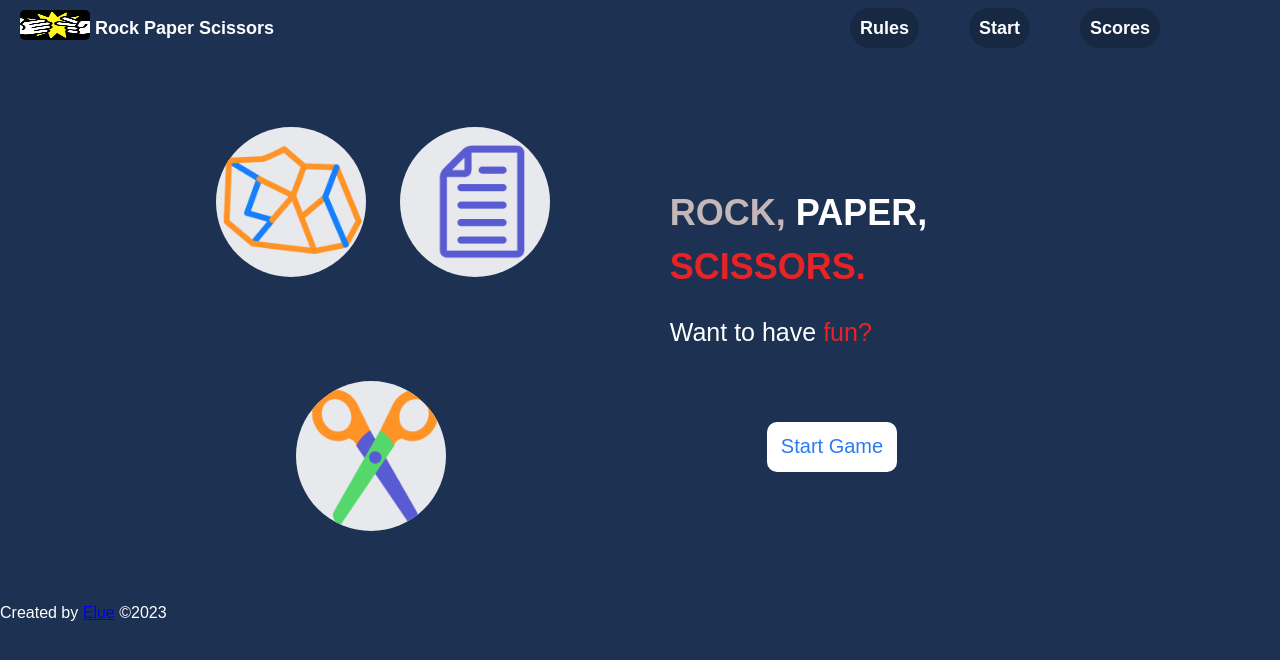
Repository: MikkyPrestige/rock-paper-scissors
Page: index.html
An editor plug-in stored every save of this project. The page is shown before and after the next save, followed by the edit.
The browser window is 1280 px wide. The pictures show the whole page.
The pointer rests on the first visible `.btn`.

Above is the page before, as saved 2023-05-08 05:17:39.

### index.html
<!DOCTYPE html>
<html lang="en">

<head>
  <meta charset="UTF-8">
  <meta http-equiv="X-UA-Compatible" content="IE=edge">
  <meta name="viewport" content="width=device-width, initial-scale=1.0">
  <title>Rock, Paper or Scissors Game</title>
  <link rel="stylesheet" href="./index.css">
  <!-- <script src="./index.js" defer></script> -->
</head>

<body>
  <main>
    <header>
      <figure>
        <a href="/">
          <img src="./img/logo.png" alt="Logo" class="logo">
        </a>
        <figcaption>Rock Paper Scissors</figcaption>
      </figure>
      <nav>
        <ul>
          <li><a href="#">Rules</a></li>
          <li><a href="#">Start</a></li>
          <li><a href="#">Scores</a></li>
        </ul>
      </nav>
    </header>
    <section class="home">
      <div class="images">
        <img src="./img/Rock.gif" alt="Rock image" class="img rock">
        <img src="./img/Paper.gif" alt="Paper image" class="img paper">
        <img src="./img/Scissors.gif" alt="Scissors image" class="img scissors">
      </div>
      <div class="content">
        <h1 class="content--title"><span class="content-rock">Rock,</span> Paper, <span class="content-scissors">Scissors.</span></h1>
        <p class="content--text">Want to have <span class="fun">fun?</span></p>
        <button type="submit" class="btn">Start Game</button>
      </div>
    </section>

    <footer>
      <p>Created by <a href="#" target="_blank">Elue</a> &copy;2023</p>
    </footer>
  </main>
</body>

</html>

### index.css
*,
*::after,
*::before {
  box-sizing: border-box;
  margin: 0;
  padding: 0;
}

html {
  font-size: 62.5%;
}

body {
  font-family: "Fira Sans", sans-serif;
  font-size: 1.6rem;
  line-height: 1.5;
  background: rgba(29, 50, 83, 1);
  color: rgba(255, 255, 255, 1);
  width: 100%;
  height: 100%;
}

main {
  display: flex;
  flex-direction: column;
  justify-content: center;
  gap: 2rem;
  height: 100%;
  width: 100%;
}

header {
  display: flex;
  justify-content: space-between;
  align-items: center;
  padding: 1rem 2rem;
  width: 100%;
  height: auto;
}

figure {
  display: flex;
  align-items: center;
  gap: .5rem;
  height: auto;
}

.logo {
  width: 7rem;
  height: 3rem;
  border-radius: .5rem;
  -webkit-border-radius: .5rem;
  -moz-border-radius: .5rem;
  -ms-border-radius: .5rem;
  -o-border-radius: .5rem;
}

figcaption {
  font-size: 1.8rem;
  font-weight: 600;
  color: rgba(255, 255, 255, 1);
}

nav {
  height: auto;
  margin-right: 10rem;
}

ul {
  display: flex;
  justify-content: center;
  align-items: center;
  gap: 5rem;
  list-style: none;
}

li a {
  font-size: 1.8rem;
  font-weight: 600;
  color: rgba(255, 255, 255, 1);
  background: linear-gradient(0deg, rgba(0, 0, 0, 0.2), rgba(0, 0, 0, 0.2)), #1D3253;
  text-decoration: none;
  padding: 1rem;
  border-radius: 2rem;
}

li a:hover {
  background: rgba(255, 255, 255, 1);
  color: rgba(29, 50, 83, 1);
  text-decoration: underline;
}

.home {
  display: flex;
  justify-content: center;
  align-items: center;
  width: 100%;
  height: 70vh;
}

.images {
  position: relative;
  height: 100%;
  flex-basis: 30%;
}

.img {
  background: rgba(253, 253, 253, 0.9);
  border-radius: 50%;
  -webkit-border-radius: 50%;
  -moz-border-radius: 50%;
  -ms-border-radius: 50%;
  -o-border-radius: 50%;
  width: 15rem;
  height: 15rem;
}

.rock {
  position: absolute;
  top: 5rem;
  left: 0rem;
}

.paper {
  position: absolute;
  top: 5rem;
  right: 5rem;
}

.scissors {
  position: absolute;
  bottom: 5rem;
  left: 8rem;
}

.content {
  display: flex;
  flex-direction: column;
  justify-content: center;
  align-items: center;
  gap: 2rem;
}

.content--title {
  font-size: 3.6rem;
  font-weight: 600;
  width: 70%;
  text-transform: uppercase;
}

.content-rock {
  color: rgba(195, 183, 183, 1);
}

.content-scissors {
  color:rgba(233, 35, 35, 1);
}

.content--text {
  font-size: 2.5rem;
  font-weight: 400;
  width: 70%;
}

.fun {
  color:rgba(233, 35, 35, 1);
}

.btn {
  width: 13rem;
  height: 5rem;
  font-size: 2rem;
  color: rgba(255, 255, 255, 1);
  background: #2C7AF0;
  border-radius: 1rem;
  -webkit-border-radius: 1rem;
  -moz-border-radius: 1rem;
  -ms-border-radius: 1rem;
  -o-border-radius: 1rem;
  border: none;
  cursor: pointer;
  margin-top: 5rem;
  transition: all .3s ease-in-out;
  -webkit-transition: all .3s ease-in-out;
  -moz-transition: all .3s ease-in-out;
  -ms-transition: all .3s ease-in-out;
  -o-transition: all .3s ease-in-out;
}

.btn:hover {
  background: rgba(255, 255, 255, 1);
  color: rgba(44, 122, 240, 1);
}

After the next save:
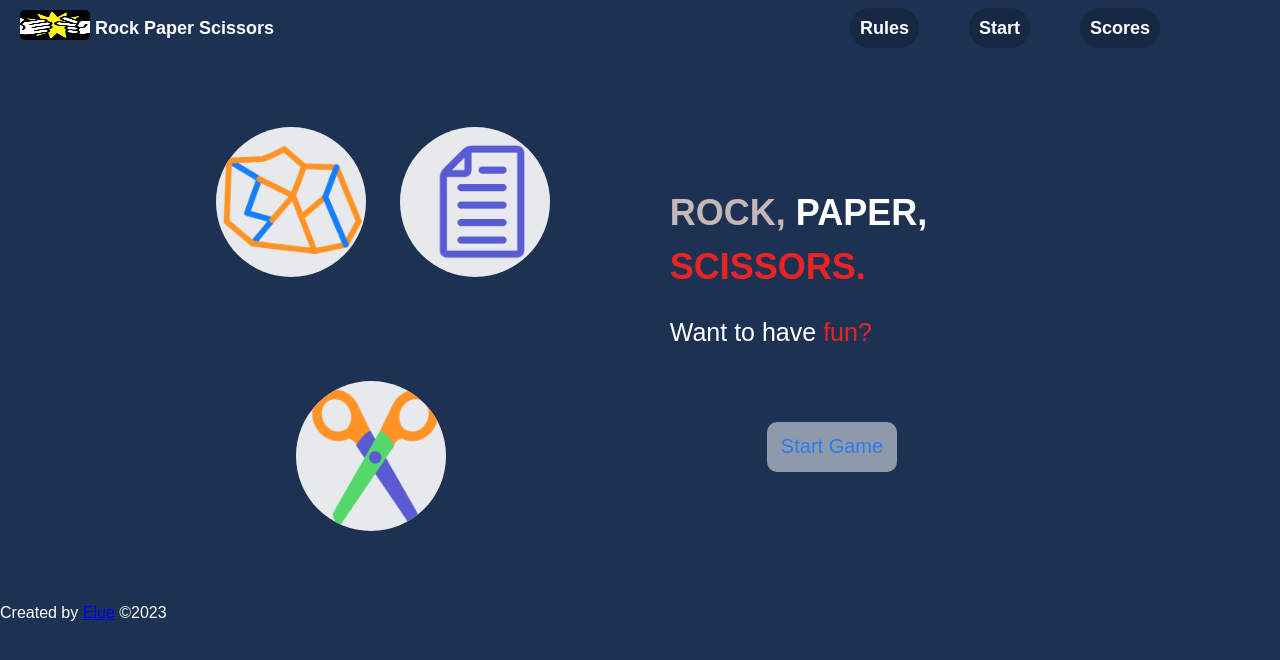
Saved 29 s later.
--- a/index.css
+++ b/index.css
@@ -188,6 +188,6 @@ li a:hover {
 }
 
 .btn:hover {
-  background: rgba(255, 255, 255, 1);
+  background: rgba(255, 255, 255, .5);
   color: rgba(44, 122, 240, 1);
 }
